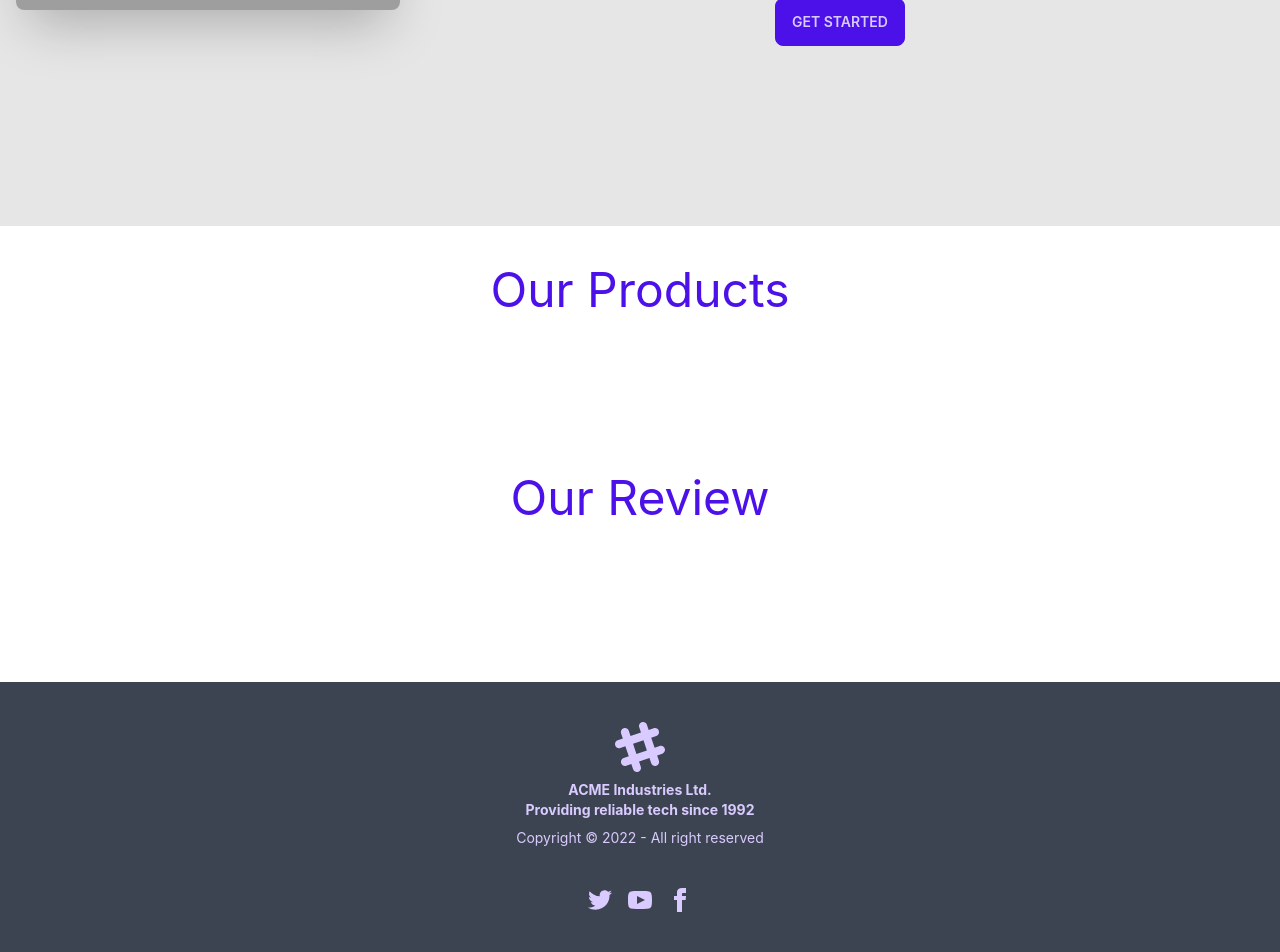
Repository: devsajid/manufacturer-website-client-side
Page: /
These files come from the project's save history. The page is drawn as it stood at one moment and after the next save; the edit follows.
The browser window is 1280 px wide. The pictures show the part of the page from y = 1518 to 2470 px (the page is 2470 px tall).
Pictures or frames that could not be fetched are drawn as grey boxes. The page's requests for data from a server got no answer. The project was rebuilt for these pictures with package versions that can differ from the ones it lists, and the page was loaded fresh each time. No one was signed in, and anything a server would have sent is missing. Also part of the build but not shown: src/Pages/Reviews/Review.js, src/Pages/Home/Products/Product.js, src/Hooks/useAdmin/useAdmin.js, src/Pages/Dashboard/Dashboard.js, src/Pages/Blogs/Blogs.js, src/Pages/About/About.css, src/Pages/About/About.js, src/Components/Loading/Loading.js and 20 more.

Above is the page before, as saved 2022-05-28 22:38:27.

### public/index.html
<!DOCTYPE html>
<html lang="en">

<head>
  <meta charset="utf-8" />
  <link rel="icon" href="%PUBLIC_URL%/favicon.ico" />
  <meta name="viewport" content="width=device-width, initial-scale=1" />
  <meta name="theme-color" content="#000000" />
  <meta name="description" content="Web site created using create-react-app" />
  <link rel="apple-touch-icon" href="%PUBLIC_URL%/logo192.png" />
  <!--
      manifest.json provides metadata used when your web app is installed on a
      user's mobile device or desktop. See https://developers.google.com/web/fundamentals/web-app-manifest/
    -->
  <link rel="manifest" href="%PUBLIC_URL%/manifest.json" />
  <!--
      Notice the use of %PUBLIC_URL% in the tags above.
      It will be replaced with the URL of the `public` folder during the build.
      Only files inside the `public` folder can be referenced from the HTML.

      Unlike "/favicon.ico" or "favicon.ico", "%PUBLIC_URL%/favicon.ico" will
      work correctly both with client-side routing and a non-root public URL.
      Learn how to configure a non-root public URL by running `npm run build`.
    -->
  <title>Phone +Plus</title>
</head>

<body>
  <noscript>You need to enable JavaScript to run this app.</noscript>
  <div id="root"></div>
  <!--
      This HTML file is a template.
      If you open it directly in the browser, you will see an empty page.

      You can add webfonts, meta tags, or analytics to this file.
      The build step will place the bundled scripts into the <body> tag.

      To begin the development, run `npm start` or `yarn start`.
      To create a production bundle, use `npm run build` or `yarn build`.
    -->
</body>

</html>

### src/index.js
import React from 'react';
import ReactDOM from 'react-dom/client';
import './index.css';
import App from './App';
import reportWebVitals from './reportWebVitals';
import { BrowserRouter } from "react-router-dom";
import { QueryClient, QueryClientProvider, } from 'react-query'

const queryClient = new QueryClient()
const root = ReactDOM.createRoot(document.getElementById('root'));
root.render(
  <React.StrictMode>
    <QueryClientProvider client={queryClient}>
      <BrowserRouter>
        <App />
      </BrowserRouter>
    </QueryClientProvider>
  </React.StrictMode>
);

// If you want to start measuring performance in your app, pass a function
// to log results (for example: reportWebVitals(console.log))
// or send to an analytics endpoint. Learn more: https://bit.ly/CRA-vitals
reportWebVitals();

### src/Pages/Home/Home.js
import React from 'react'
import Headers from '../../Components/Headers/Headers'
import Reviews from '../Reviews/Reviews'
import Products from './Products/Products'
import Summary from './Summary/Summary'

const Home = () => {
    return (
        <div>
            <Headers></Headers>
            <Summary></Summary>
            <Products></Products>
            <Reviews></Reviews>

        </div>
    )
}

export default Home

### src/Pages/Reviews/Reviews.js
import React from "react";
import { useState, useEffect } from "react";
import Review from "./Review";

const Reviews = () => {
  const [Reviews, setReviews] = useState([]);
  useEffect(() => {
    const url = `https://car-manufacturer-app.herokuapp.com/reviews`;
    fetch(url, {
      headers: {
        authorization: `Bearer ${localStorage.getItem("accessToken")}`,
      },
    })
      .then((res) => res.json())
      .then((data) => setReviews(data));
  }, []);

  return (
    <div className="">
      <div className="">
        <h3 className="text-primary text-5xl my-10">Our Review</h3>
      </div>
      <div className="grid sm:grid-cols-1 md:grid-cols-2 lg:grid-cols-3 gap-8 m-20">
        {Reviews.map((review) => (
          <Review key={review._id} review={review}></Review>
        ))}
      </div>
    </div>
  );
};

export default Reviews;

### src/Components/Footer/Footer.js
import React from 'react'

const Footer = () => {
    return (

        <footer class="footer footer-center p-10 bg-neutral text-primary-content">
            <div>
                <svg width="50" height="50" viewBox="0 0 24 24" xmlns="http://www.w3.org/2000/svg" fill-rule="evenodd" clip-rule="evenodd" class="inline-block fill-current"><path d="M22.672 15.226l-2.432.811.841 2.515c.33 1.019-.209 2.127-1.23 2.456-1.15.325-2.148-.321-2.463-1.226l-.84-2.518-5.013 1.677.84 2.517c.391 1.203-.434 2.542-1.831 2.542-.88 0-1.601-.564-1.86-1.314l-.842-2.516-2.431.809c-1.135.328-2.145-.317-2.463-1.229-.329-1.018.211-2.127 1.231-2.456l2.432-.809-1.621-4.823-2.432.808c-1.355.384-2.558-.59-2.558-1.839 0-.817.509-1.582 1.327-1.846l2.433-.809-.842-2.515c-.33-1.02.211-2.129 1.232-2.458 1.02-.329 2.13.209 2.461 1.229l.842 2.515 5.011-1.677-.839-2.517c-.403-1.238.484-2.553 1.843-2.553.819 0 1.585.509 1.85 1.326l.841 2.517 2.431-.81c1.02-.33 2.131.211 2.461 1.229.332 1.018-.21 2.126-1.23 2.456l-2.433.809 1.622 4.823 2.433-.809c1.242-.401 2.557.484 2.557 1.838 0 .819-.51 1.583-1.328 1.847m-8.992-6.428l-5.01 1.675 1.619 4.828 5.011-1.674-1.62-4.829z"></path></svg>
                <p class="font-bold">
                    ACME Industries Ltd. <br />Providing reliable tech since 1992
                </p>
                <p>Copyright © 2022 - All right reserved</p>
            </div>
            <div>
                <div class="grid grid-flow-col gap-4">
                    <a><svg xmlns="http://www.w3.org/2000/svg" width="24" height="24" viewBox="0 0 24 24" class="fill-current"><path d="M24 4.557c-.883.392-1.832.656-2.828.775 1.017-.609 1.798-1.574 2.165-2.724-.951.564-2.005.974-3.127 1.195-.897-.957-2.178-1.555-3.594-1.555-3.179 0-5.515 2.966-4.797 6.045-4.091-.205-7.719-2.165-10.148-5.144-1.29 2.213-.669 5.108 1.523 6.574-.806-.026-1.566-.247-2.229-.616-.054 2.281 1.581 4.415 3.949 4.89-.693.188-1.452.232-2.224.084.626 1.956 2.444 3.379 4.6 3.419-2.07 1.623-4.678 2.348-7.29 2.04 2.179 1.397 4.768 2.212 7.548 2.212 9.142 0 14.307-7.721 13.995-14.646.962-.695 1.797-1.562 2.457-2.549z"></path></svg></a>
                    <a><svg xmlns="http://www.w3.org/2000/svg" width="24" height="24" viewBox="0 0 24 24" class="fill-current"><path d="M19.615 3.184c-3.604-.246-11.631-.245-15.23 0-3.897.266-4.356 2.62-4.385 8.816.029 6.185.484 8.549 4.385 8.816 3.6.245 11.626.246 15.23 0 3.897-.266 4.356-2.62 4.385-8.816-.029-6.185-.484-8.549-4.385-8.816zm-10.615 12.816v-8l8 3.993-8 4.007z"></path></svg></a>
                    <a><svg xmlns="http://www.w3.org/2000/svg" width="24" height="24" viewBox="0 0 24 24" class="fill-current"><path d="M9 8h-3v4h3v12h5v-12h3.642l.358-4h-4v-1.667c0-.955.192-1.333 1.115-1.333h2.885v-5h-3.808c-3.596 0-5.192 1.583-5.192 4.615v3.385z"></path></svg></a>
                </div>
            </div>
        </footer>

    )
}

export default Footer

### src/firebase.init.js
// // Import the functions you need from the SDKs you need
// import { initializeApp } from "firebase/app";
// import { getAuth } from "firebase/auth";
// // TODO: Add SDKs for Firebase products that you want to use
// // https://firebase.google.com/docs/web/setup#available-libraries

// // Your web app's Firebase configuration
// // apiKey: process.env.REACT_APP_apiKey,
// // authDomain: process.env.REACT_APP_authDomain,
// // projectId: process.env.REACT_APP_projectId,
// // storageBucket: process.env.REACT_APP_storageBucket,
// // messagingSenderId: process.env.REACT_APP_messagingSenderId,
// // appId: process.env.REACT_APP_appId
// const firebaseConfig = {
//   apiKey: "AIzaSyCubrbBuuhz5IKzVpsZWfcUzcS1rdq0_fk",
//   authDomain: "phone-plus-4f5d3.firebaseapp.com",
//   projectId: "phone-plus-4f5d3",
//   storageBucket: "phone-plus-4f5d3.appspot.com",
//   messagingSenderId: "1050316587029",
//   appId: "1:1050316587029:web:675504103bcda3d9a8ce1c",
// };

// // Initialize Firebase
// const app = initializeApp(firebaseConfig);
// const auth = getAuth(app);
// export default auth;

import { initializeApp } from "firebase/app";
import { getAuth } from "firebase/auth";
// TODO: Add SDKs for Firebase products that you want to use
// https://firebase.google.com/docs/web/setup#available-libraries

// Your web app's Firebase configuration
// For Firebase JS SDK v7.20.0 and later, measurementId is optional
const firebaseConfig = {
  apiKey: "AIzaSyAnm3L9qxeep06RzjsloHUwBWJT0eqF0Vo",
  authDomain: "car-manufacturer-app.firebaseapp.com",
  projectId: "car-manufacturer-app",
  storageBucket: "car-manufacturer-app.appspot.com",
  messagingSenderId: "842670612530",
  appId: "1:842670612530:web:a21eb6fefe76514fd65c2b",
  measurementId: "G-M21YL917YE",
};
// project - 842670612530;

const app = initializeApp(firebaseConfig);
const auth = getAuth(app);
export default auth;

### src/Components/Headers/Headers.js
import React from 'react'

const Headers = () => {
    return (
        <div class="carousel w-full">
            <div id="slide1" class="carousel-item relative w-full">
                <img src="https://api.lorem.space/image/car?w=800&h=200&hash=8B7BCDC2" class="w-full" />
                <div class="absolute flex justify-between transform -translate-y-1/2 left-5 right-5 top-1/2">
                    <a href="#slide4" class="btn btn-circle">❮</a>
                    <a href="#slide2" class="btn btn-circle">❯</a>
                </div>
            </div>
            <div id="slide2" class="carousel-item relative w-full">
                <img src="https://api.lorem.space/image/car?w=800&h=200&hash=500B67FB" class="w-full" />
                <div class="absolute flex justify-between transform -translate-y-1/2 left-5 right-5 top-1/2">
                    <a href="#slide1" class="btn btn-circle">❮</a>
                    <a href="#slide3" class="btn btn-circle">❯</a>
                </div>
            </div>
            <div id="slide3" class="carousel-item relative w-full">
                <img src="https://api.lorem.space/image/car?w=800&h=200&hash=A89D0DE6" class="w-full" />                <div class="absolute flex justify-between transform -translate-y-1/2 left-5 right-5 top-1/2">
                    <a href="#slide2" class="btn btn-circle">❮</a>
                    <a href="#slide4" class="btn btn-circle">❯</a>
                </div>
            </div>
            <div id="slide4" class="carousel-item relative w-full">
                <img src="https://api.lorem.space/image/car?w=800&h=200&hash=225E6693" class="w-full" />
                <div class="absolute flex justify-between transform -translate-y-1/2 left-5 right-5 top-1/2">
                    <a href="#slide3" class="btn btn-circle">❮</a>
                    <a href="#slide1" class="btn btn-circle">❯</a>
                </div>
            </div>
        </div>
    )
}

export default Headers

### src/Pages/Home/Products/Products.js
import React from "react";
import { useState, useEffect } from "react";
import Product from "./Product";

const Products = () => {
  const [Items, setItems] = useState([]);
  useEffect(() => {
    const url = `https://car-manufacturer-app.herokuapp.com/products`;
    fetch(url, {
      headers: {
        authorization: `Bearer ${localStorage.getItem("accessToken")}`,
      },
    })
      .then((res) => res.json())
      .then((data) => setItems(data));
  }, []);

  return (
    <div>
      <div>
        <h3 className="text-primary text-5xl my-10">Our Products</h3>
      </div>
      <div className="grid sm:grid-cols-1 md:grid-cols-2 lg:grid-cols-3 gap-8 m-20">
        {Items.map((product) => (
          <Product key={product._id} product={product}></Product>
        ))}
      </div>
    </div>
  );
};

export default Products;

### src/Pages/Home/Summary/Summary.js
import React from 'react'

const Summary = () => {
    return (
        <div class="hero min-h-screen bg-base-200">
            <div class="hero-content flex-col lg:flex-row">
                <img src="https://api.lorem.space/image/movie?w=260&h=400" class="max-w-sm rounded-lg shadow-2xl" />
                <div>
                    <h1 class="text-5xl font-bold">Box Office News!</h1>
                    <p class="py-6">Eric Yuan came to the U.S. from China in the mid 90s to pursue the internet boom—but it took a while to get here. The first eight times he applied for a visa, he was denied. Finally, on the ninth attempt, he was approved, but the process lasted two years.In 2012, after working for a Silicon Valley communication startup for years prior, Yuan founded the communication platform Zoom. In an interview with Thrive Global, Yuan says that Zoom started as a daydream, a solution to a long-distance relationship that required a 10-hour train ride to see the other.Now, Zoom is used by more than 750,000 companies to keep their teams connected through video and audio conferencing, collaborative workspaces, chat, and more. The real-time, face-to-face aspect of Zoom makes it easier for companies to stay in touch, so people can easily work from home or stay connected while working remotely or across several office locations. </p>
                    <button class="btn btn-primary">Get Started</button>
                </div>
            </div>
        </div>
    )
}

export default Summary

### tailwind.config.js
module.exports = {
  content: ["./src/**/*.{html,js}"],
  theme: {
    extend: {},
  },
  daisyui: {
    themes: [
      {
        mytheme: {
          primary: "#4B11E8",
          secondary: "#F7D716",
          accent: "#9BA3EB",
          neutral: "#3d4451",
          "base-100": "#ffffff",
        },
      },
      "dark",
      "cupcake",
    ],
  },
  plugins: [require("daisyui")],
};

Loaded but not shown: src/index.css (common file); src/reportWebVitals.js (common file); src/App.css (common file); src/Components/Navbar/Navbar.js (128 lines, source omitted); src/App.js (85 lines, source omitted)

After the next save:
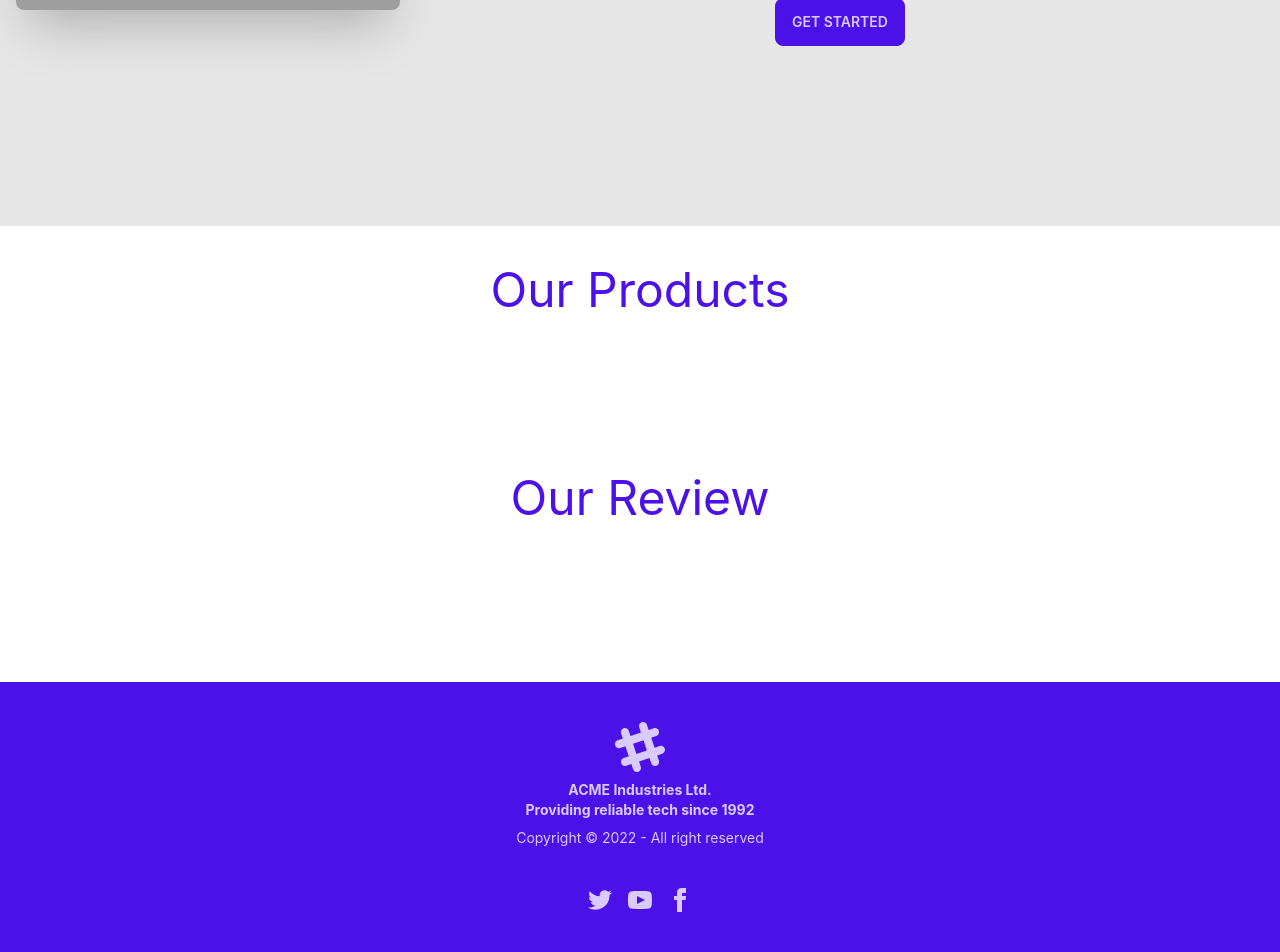
Saved 86 s later.
--- a/src/Components/Footer/Footer.js
+++ b/src/Components/Footer/Footer.js
@@ -1,26 +1,65 @@
-import React from 'react'
+import React from "react";
 
 const Footer = () => {
-    return (
+  return (
+    <footer class="footer footer-center p-10 bg-primary text-primary-content">
+      <div>
+        <svg
+          width="50"
+          height="50"
+          viewBox="0 0 24 24"
+          xmlns="http://www.w3.org/2000/svg"
+          fill-rule="evenodd"
+          clip-rule="evenodd"
+          class="inline-block fill-current"
+        >
+          <path d="M22.672 15.226l-2.432.811.841 2.515c.33 1.019-.209 2.127-1.23 2.456-1.15.325-2.148-.321-2.463-1.226l-.84-2.518-5.013 1.677.84 2.517c.391 1.203-.434 2.542-1.831 2.542-.88 0-1.601-.564-1.86-1.314l-.842-2.516-2.431.809c-1.135.328-2.145-.317-2.463-1.229-.329-1.018.211-2.127 1.231-2.456l2.432-.809-1.621-4.823-2.432.808c-1.355.384-2.558-.59-2.558-1.839 0-.817.509-1.582 1.327-1.846l2.433-.809-.842-2.515c-.33-1.02.211-2.129 1.232-2.458 1.02-.329 2.13.209 2.461 1.229l.842 2.515 5.011-1.677-.839-2.517c-.403-1.238.484-2.553 1.843-2.553.819 0 1.585.509 1.85 1.326l.841 2.517 2.431-.81c1.02-.33 2.131.211 2.461 1.229.332 1.018-.21 2.126-1.23 2.456l-2.433.809 1.622 4.823 2.433-.809c1.242-.401 2.557.484 2.557 1.838 0 .819-.51 1.583-1.328 1.847m-8.992-6.428l-5.01 1.675 1.619 4.828 5.011-1.674-1.62-4.829z"></path>
+        </svg>
+        <p class="font-bold">
+          ACME Industries Ltd. <br />
+          Providing reliable tech since 1992
+        </p>
+        <p>Copyright © 2022 - All right reserved</p>
+      </div>
+      <div>
+        <div class="grid grid-flow-col gap-4">
+          <a>
+            <svg
+              xmlns="http://www.w3.org/2000/svg"
+              width="24"
+              height="24"
+              viewBox="0 0 24 24"
+              class="fill-current"
+            >
+              <path d="M24 4.557c-.883.392-1.832.656-2.828.775 1.017-.609 1.798-1.574 2.165-2.724-.951.564-2.005.974-3.127 1.195-.897-.957-2.178-1.555-3.594-1.555-3.179 0-5.515 2.966-4.797 6.045-4.091-.205-7.719-2.165-10.148-5.144-1.29 2.213-.669 5.108 1.523 6.574-.806-.026-1.566-.247-2.229-.616-.054 2.281 1.581 4.415 3.949 4.89-.693.188-1.452.232-2.224.084.626 1.956 2.444 3.379 4.6 3.419-2.07 1.623-4.678 2.348-7.29 2.04 2.179 1.397 4.768 2.212 7.548 2.212 9.142 0 14.307-7.721 13.995-14.646.962-.695 1.797-1.562 2.457-2.549z"></path>
+            </svg>
+          </a>
+          <a>
+            <svg
+              xmlns="http://www.w3.org/2000/svg"
+              width="24"
+              height="24"
+              viewBox="0 0 24 24"
+              class="fill-current"
+            >
+              <path d="M19.615 3.184c-3.604-.246-11.631-.245-15.23 0-3.897.266-4.356 2.62-4.385 8.816.029 6.185.484 8.549 4.385 8.816 3.6.245 11.626.246 15.23 0 3.897-.266 4.356-2.62 4.385-8.816-.029-6.185-.484-8.549-4.385-8.816zm-10.615 12.816v-8l8 3.993-8 4.007z"></path>
+            </svg>
+          </a>
+          <a>
+            <svg
+              xmlns="http://www.w3.org/2000/svg"
+              width="24"
+              height="24"
+              viewBox="0 0 24 24"
+              class="fill-current"
+            >
+              <path d="M9 8h-3v4h3v12h5v-12h3.642l.358-4h-4v-1.667c0-.955.192-1.333 1.115-1.333h2.885v-5h-3.808c-3.596 0-5.192 1.583-5.192 4.615v3.385z"></path>
+            </svg>
+          </a>
+        </div>
+      </div>
+    </footer>
+  );
+};
 
-        <footer class="footer footer-center p-10 bg-neutral text-primary-content">
-            <div>
-                <svg width="50" height="50" viewBox="0 0 24 24" xmlns="http://www.w3.org/2000/svg" fill-rule="evenodd" clip-rule="evenodd" class="inline-block fill-current"><path d="M22.672 15.226l-2.432.811.841 2.515c.33 1.019-.209 2.127-1.23 2.456-1.15.325-2.148-.321-2.463-1.226l-.84-2.518-5.013 1.677.84 2.517c.391 1.203-.434 2.542-1.831 2.542-.88 0-1.601-.564-1.86-1.314l-.842-2.516-2.431.809c-1.135.328-2.145-.317-2.463-1.229-.329-1.018.211-2.127 1.231-2.456l2.432-.809-1.621-4.823-2.432.808c-1.355.384-2.558-.59-2.558-1.839 0-.817.509-1.582 1.327-1.846l2.433-.809-.842-2.515c-.33-1.02.211-2.129 1.232-2.458 1.02-.329 2.13.209 2.461 1.229l.842 2.515 5.011-1.677-.839-2.517c-.403-1.238.484-2.553 1.843-2.553.819 0 1.585.509 1.85 1.326l.841 2.517 2.431-.81c1.02-.33 2.131.211 2.461 1.229.332 1.018-.21 2.126-1.23 2.456l-2.433.809 1.622 4.823 2.433-.809c1.242-.401 2.557.484 2.557 1.838 0 .819-.51 1.583-1.328 1.847m-8.992-6.428l-5.01 1.675 1.619 4.828 5.011-1.674-1.62-4.829z"></path></svg>
-                <p class="font-bold">
-                    ACME Industries Ltd. <br />Providing reliable tech since 1992
-                </p>
-                <p>Copyright © 2022 - All right reserved</p>
-            </div>
-            <div>
-                <div class="grid grid-flow-col gap-4">
-                    <a><svg xmlns="http://www.w3.org/2000/svg" width="24" height="24" viewBox="0 0 24 24" class="fill-current"><path d="M24 4.557c-.883.392-1.832.656-2.828.775 1.017-.609 1.798-1.574 2.165-2.724-.951.564-2.005.974-3.127 1.195-.897-.957-2.178-1.555-3.594-1.555-3.179 0-5.515 2.966-4.797 6.045-4.091-.205-7.719-2.165-10.148-5.144-1.29 2.213-.669 5.108 1.523 6.574-.806-.026-1.566-.247-2.229-.616-.054 2.281 1.581 4.415 3.949 4.89-.693.188-1.452.232-2.224.084.626 1.956 2.444 3.379 4.6 3.419-2.07 1.623-4.678 2.348-7.29 2.04 2.179 1.397 4.768 2.212 7.548 2.212 9.142 0 14.307-7.721 13.995-14.646.962-.695 1.797-1.562 2.457-2.549z"></path></svg></a>
-                    <a><svg xmlns="http://www.w3.org/2000/svg" width="24" height="24" viewBox="0 0 24 24" class="fill-current"><path d="M19.615 3.184c-3.604-.246-11.631-.245-15.23 0-3.897.266-4.356 2.62-4.385 8.816.029 6.185.484 8.549 4.385 8.816 3.6.245 11.626.246 15.23 0 3.897-.266 4.356-2.62 4.385-8.816-.029-6.185-.484-8.549-4.385-8.816zm-10.615 12.816v-8l8 3.993-8 4.007z"></path></svg></a>
-                    <a><svg xmlns="http://www.w3.org/2000/svg" width="24" height="24" viewBox="0 0 24 24" class="fill-current"><path d="M9 8h-3v4h3v12h5v-12h3.642l.358-4h-4v-1.667c0-.955.192-1.333 1.115-1.333h2.885v-5h-3.808c-3.596 0-5.192 1.583-5.192 4.615v3.385z"></path></svg></a>
-                </div>
-            </div>
-        </footer>
-
-    )
-}
-
-export default Footer
+export default Footer;
